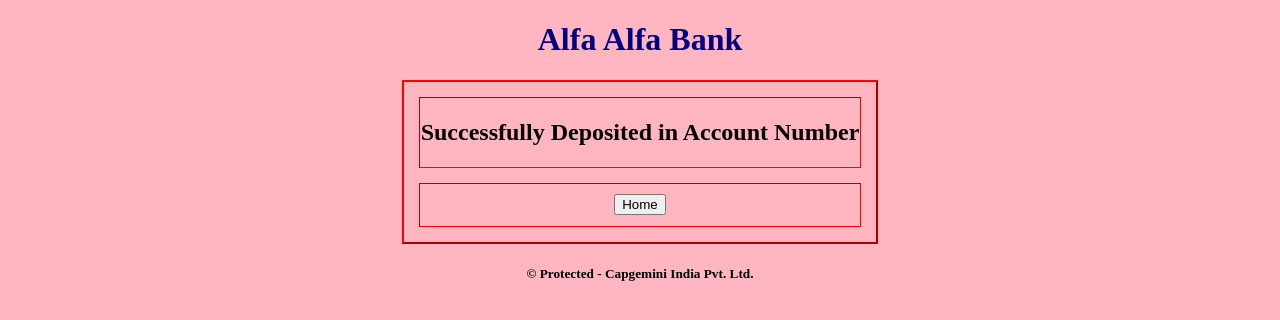
Repository: Rccalfa123/OnlineBankingApp
Page: http://localhost/AlfaAlfaBankApp/withdrawSuccess.jsp
The author's editor kept a copy of each file at every save. The page is drawn from the files as they stood at one save, then again after the next save.
The browser window is 1280 px wide. The pictures show the whole page.
The page is served by Tomcat 9.

Above is the page before, as saved 2018-08-13 06:14:03.

After the next save:
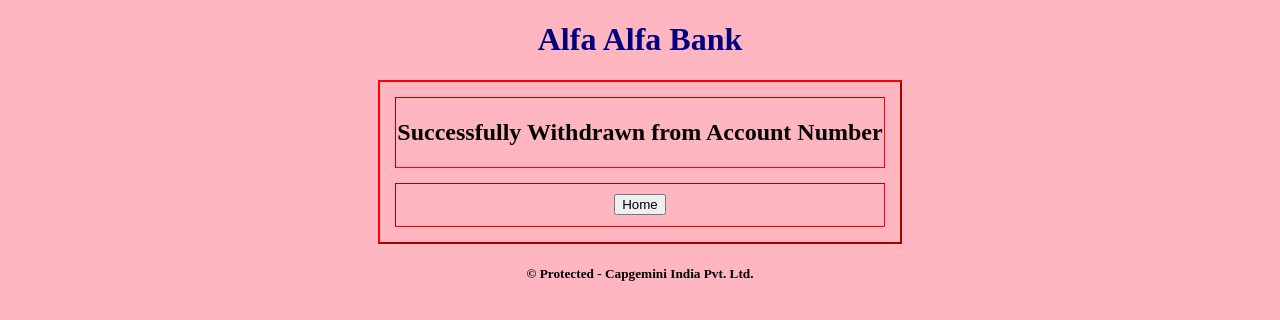
Saved 47 s later.
--- a/AlfaAlfaBankApp/WebContent/withdrawSuccess.jsp
+++ b/AlfaAlfaBankApp/WebContent/withdrawSuccess.jsp
@@ -20,7 +20,7 @@
 			<div>
 				<table cellspacing="15" align="center" border="2">
 					<tr>
-						<th colspan="6" height="35"><h2>Successfully Deposited ${sessionScope.accountInWithdraw} in Account Number ${sessionScope.amountInWithdraw}</h2></th>
+						<th colspan="6" height="35"><h2>Successfully Withdrawn ${sessionScope.accountInWithdraw} from Account Number ${sessionScope.amountInWithdraw}</h2></th>
 					</tr>
  					<tr>
 						<th colspan="6"  height="40"><input type="submit" value="Home"></th>
